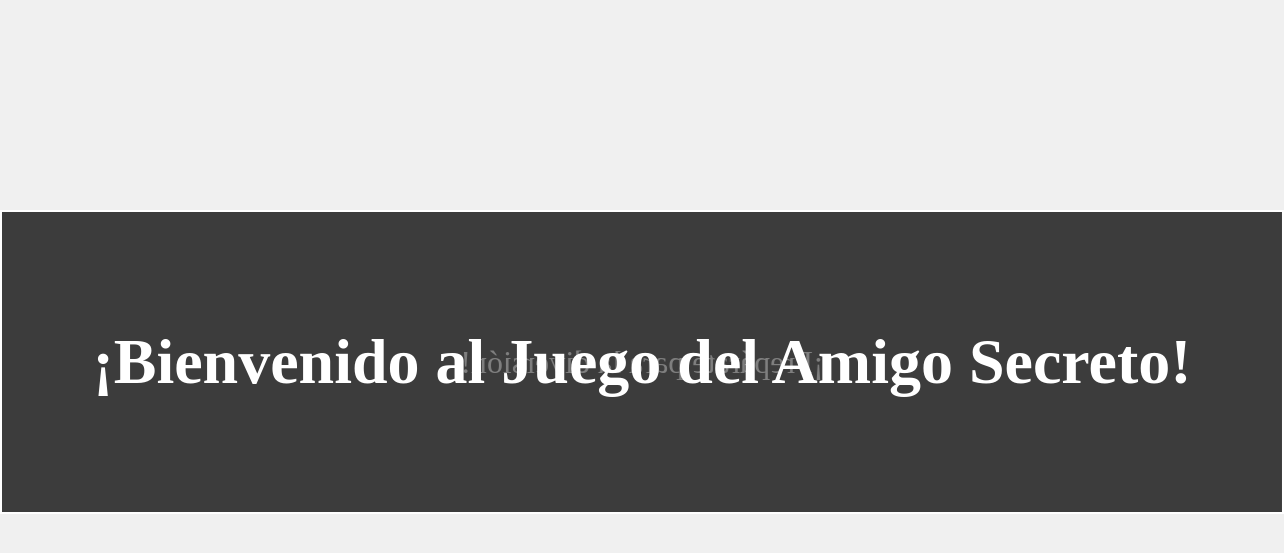
Repository: ye909/secreto
Page: inicio.html
The author's editor kept a copy of each file at every save. The page is drawn from the files as they stood at one save, then again after the next save.
The browser window is 1280 px wide. The page is 1284 px wide, then 1280 px, so the pictures cover 1284 px, including what lies to the right of the window. The pictures show the whole page.

Above is the page before, as saved 2025-02-20 21:15:02.

After the next save:
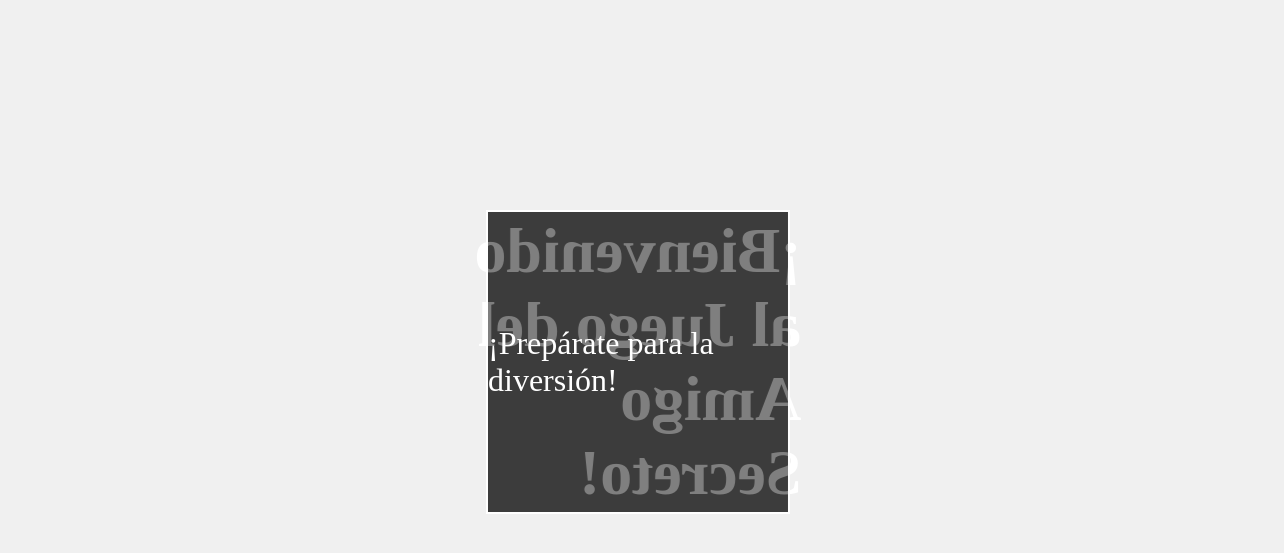
Saved 30 s later.
--- a/inicio.css
+++ b/inicio.css
@@ -1,15 +1,16 @@
 body {
-    perspective: 800px; /* Crea el espacio 3D */
+    perspective: 800px;
     background-color: #f0f0f0;
     display: flex;
     justify-content: center;
     align-items: center;
     height: 100vh;
     margin: 0;
+    overflow: hidden; /* Evita barras de desplazamiento */
   }
 
   .scene {
-    width: 100%;
+    width: 300px;
     height: 300px;
     position: relative;
   }
@@ -18,8 +19,8 @@ body {
     width: 100%;
     height: 100%;
     position: absolute;
-    transform-style: preserve-3d; /* Importante para el 3D */
-    transition: transform 1s ease-in-out; /* Para animaciones */
+    transform-style: preserve-3d;
+    animation: rotateCube 10s linear infinite; /* Animación continua */
   }
 
   .face {
@@ -30,9 +31,12 @@ body {
     justify-content: center;
     align-items: center;
     font-size: 2em;
-    background-color: rgba(0, 0, 0, 0.5); /* Color de fondo */
+    background-color: rgba(0, 0, 0, 0.5);
     color: white;
     border: 2px solid white;
+    /* Animación de entrada */
+    opacity: 0;
+    animation: fadeIn 1s ease-in-out forwards;
   }
 
   /* Posiciona cada cara del cubo */
@@ -43,7 +47,12 @@ body {
   .top    { transform: rotateX(90deg) translateZ(150px); }
   .bottom { transform: rotateX(-90deg) translateZ(150px); }
 
-  /* Ejemplo de animación al pasar el mouse */
-  .scene:hover .cube {
-    transform: rotateY(360deg);
+  /* Animaciones */
+  @keyframes rotateCube {
+    from { transform: rotateY(0deg); }
+    to { transform: rotateY(360deg); }
   }
+
+  @keyframes fadeIn {
+    to { opacity: 1; }
+  }
